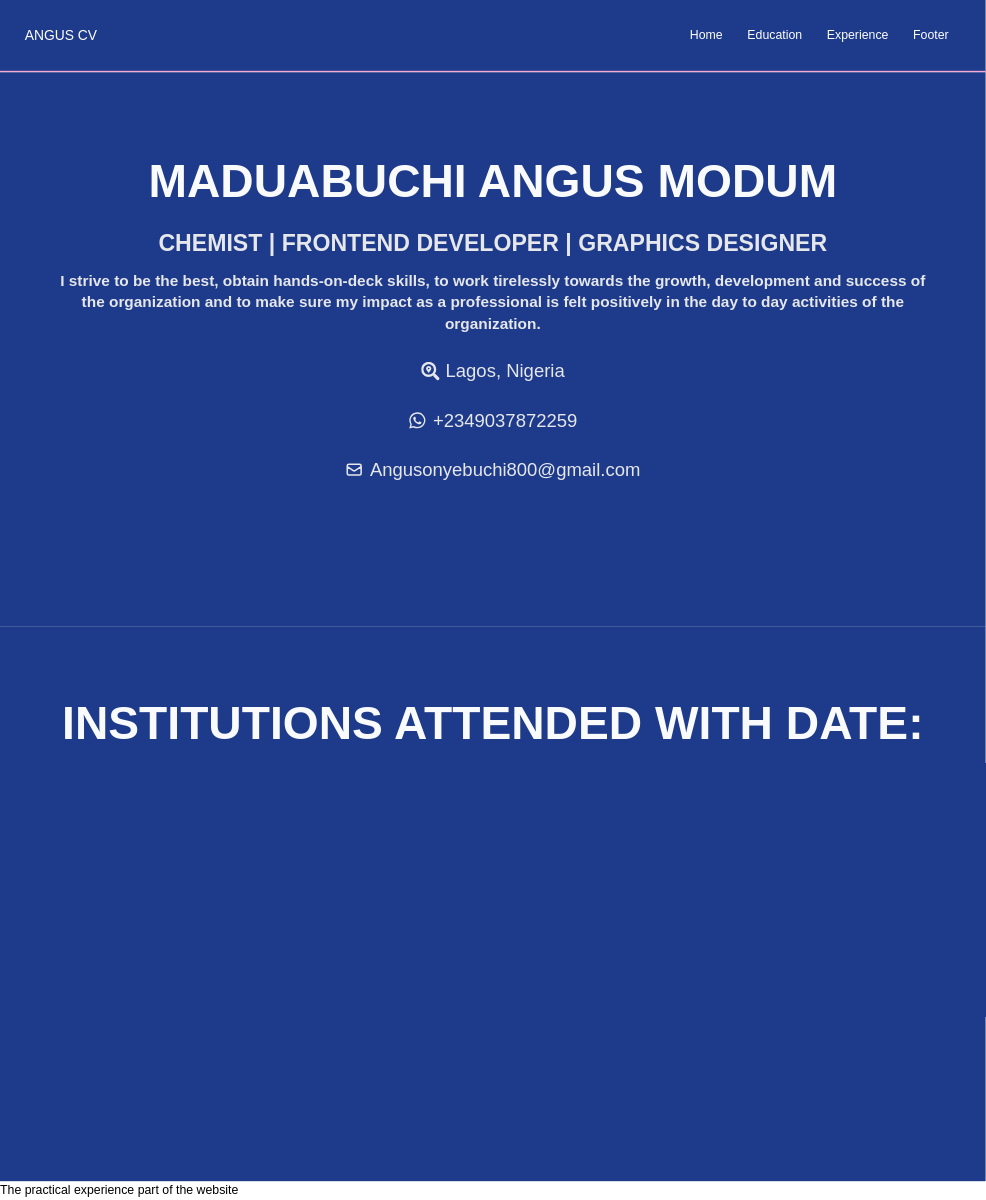
Repository: AngusOnyebuchi/AngusOnyebuchi.github.io
Page: /
These files come from the project's save history. The page is drawn as it stood at one moment and after the next save; the edit follows.
The browser window is 1280 px wide. The pictures show the whole page, at 77% of full size.
The project was rebuilt for these pictures with package versions that can differ from the ones it lists, and the page was loaded fresh each time.

Above is the page before, as saved 2022-04-17 16:33:01.

After the next save:
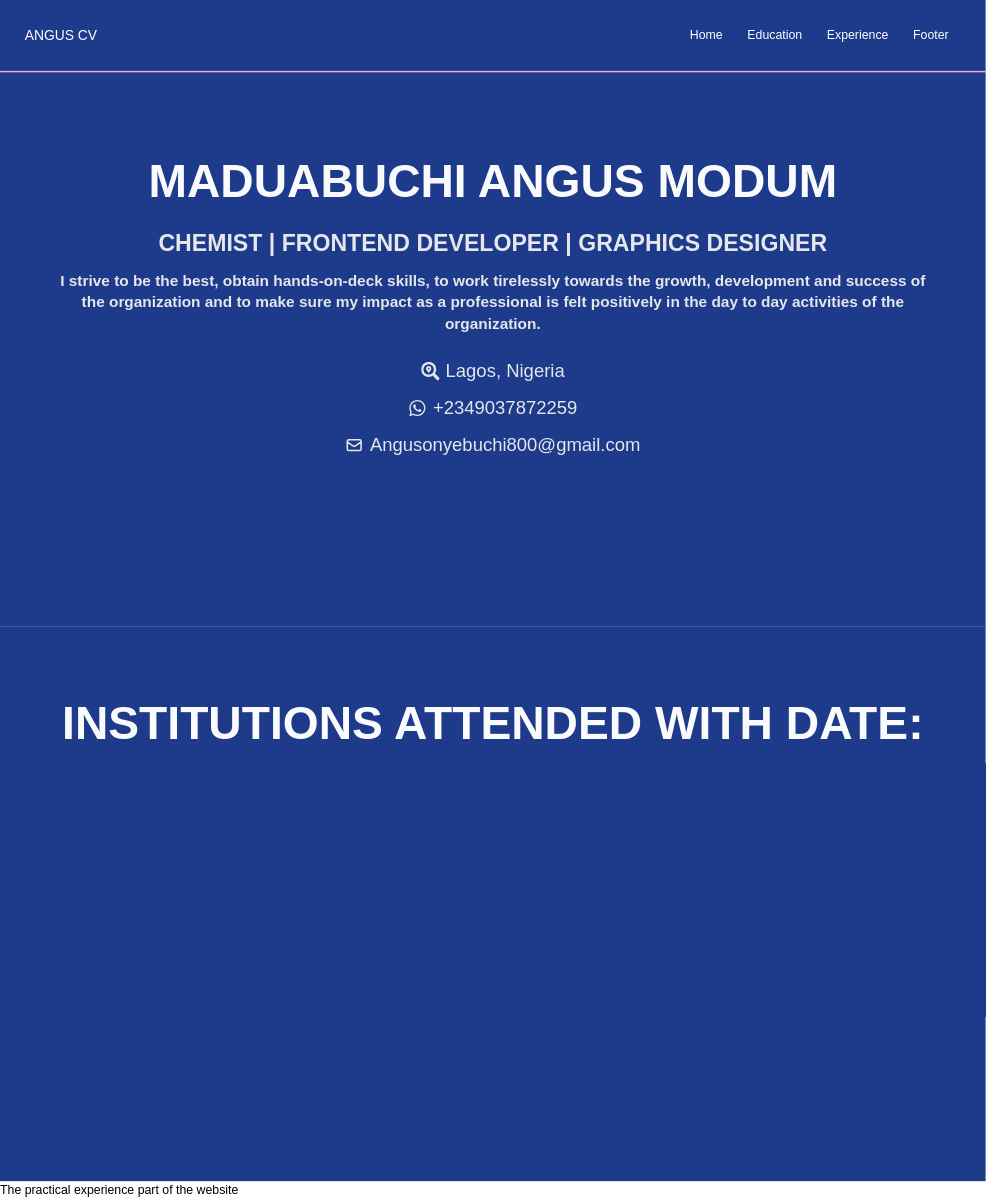
Saved 13 s later.
--- a/src/components/Home.js
+++ b/src/components/Home.js
@@ -11,7 +11,7 @@ export default function Home() {
                 to work tirelessly towards the growth, development and success of the organization and to make sure my impact
                 as a professional is felt positively in the day to day activities of the organization.</p>
 
-            <div className="flex flex-col items-center md:flex flex-cols-3 gap-8 text-2xl justify-center pt-8">
+            <div className="flex flex-col items-center md:flex flex-cols-3 gap-4 text-2xl justify-center pt-8">
                 <div className="flex items-center">
                     <FaSearchLocation/>
                     <h4 className="ml-2">Lagos, Nigeria</h4>
